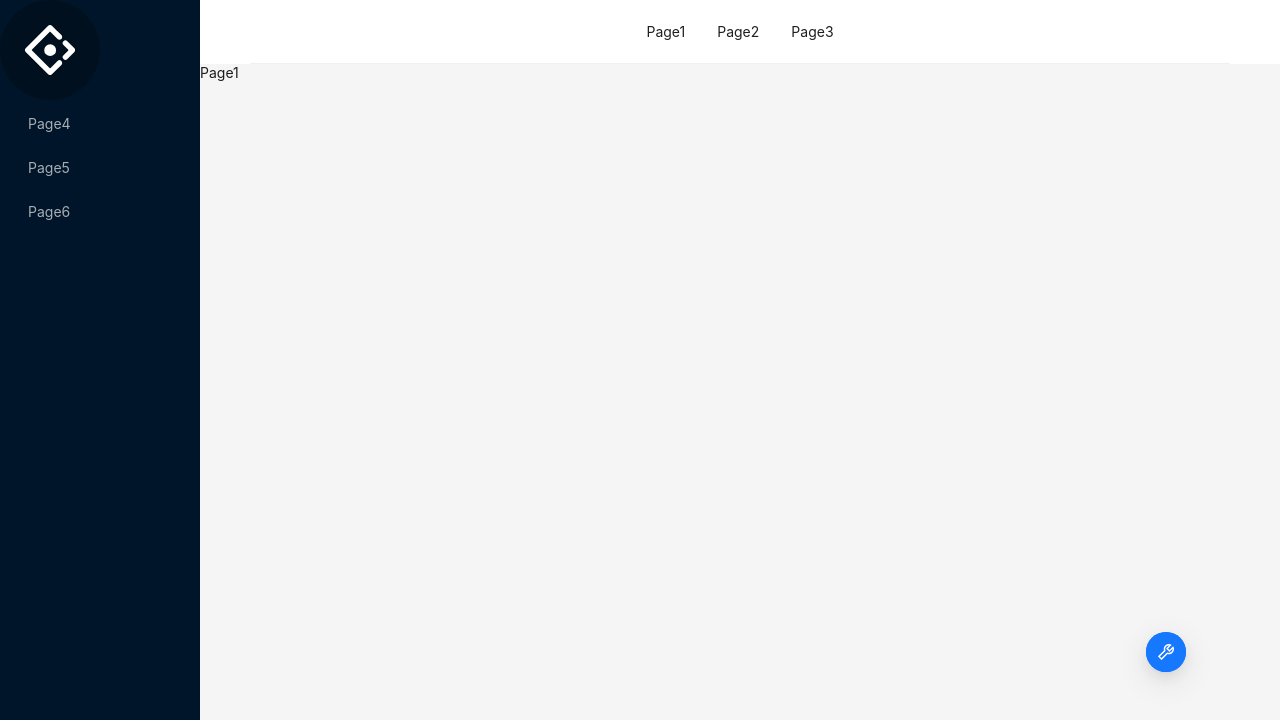
Repository: BESTETURKMEN/e-commerce
Page: /#/
An editor plug-in stored every save of this project. The page is shown before and after the next save, followed by the edit.
The browser window is 1280 px wide. The pictures show the whole page.
The project was rebuilt for these pictures with package versions that can differ from the ones it lists, and the page was loaded fresh each time. Also part of the build but not shown: webpack.config.js, src/pages/page2.jsx, src/pages/page3.jsx, src/pages/page6.jsx. Imported but missing from the stored project, and not drawn on this page: src/pages/page4, src/pages/page5.

Above is the page before, as saved 2023-08-21 11:22:16.

### public/index.html
<!DOCTYPE html>
<html lang="en">
  <head>
    <meta charset="utf-8" />

    <meta name="viewport" content="width=device-width, initial-scale=1" />
    <meta name="theme-color" content="#000000" />
    <meta
      name="description"
      content="Web site created using create-react-app"
    />
    <link rel="apple-touch-icn" href="" />

    <title>React App</title>
  </head>
  <body>
    <noscript>You need to enable JavaScript to run this app.</noscript>
    <div id="root"></div>
  </body>
</html>

### src/index.js
import React from "react";
import ReactDOM from "react-dom/client";

import { HashRouter } from "react-router-dom";

import reportWebVitals from "./reportWebVitals";
import RouteWrapper from "./config/routeWrapper";

const root = ReactDOM.createRoot(document.getElementById("root"));
root.render(
  <React.StrictMode>
    <HashRouter>
      <RouteWrapper />
    </HashRouter>
  </React.StrictMode>
);
reportWebVitals();

### src/config/routeWrapper.jsx
import React from "react";
import { Route, Routes } from "react-router";

import Index from "../layout";
import Page1 from "../pages/page1";
import Page2 from "../pages/page2";
import Page3 from "../pages/page3";
import Page4 from "../pages/page4";
import Page5 from "../pages/page5";
import Page6 from "../pages/page6";

export default function RouteWrapper() {
  return (
    <div>
      <Routes>
        <Route element={<Index />}>
          <Route path="/" element={<Page1 />} />
          <Route path="/Page2" element={<Page2 />} />
          <Route path="/Page3" element={<Page3 />} />
          <Route path="/Page4" element={<Page4 />} />
          <Route path="/Page5" element={<Page5 />} />
          <Route path="/Page6" element={<Page6 />} />
        </Route>
      </Routes>
    </div>
  );
}

### src/layout/index.jsx
import React from "react";
import { Outlet } from "react-router";
import { Layout } from "antd";
import { FloatButton } from "antd";
import { CommentOutlined, ToolOutlined } from "@ant-design/icons";

import Header from "./header";

import "./layout.scss";
import Sider from "./sider";

export default function Index() {
  return (
    <div className="layout">
      <Layout>
        <Layout.Sider>
          <Sider />
        </Layout.Sider>
        <Layout>
          <Layout.Header>
            <Header />
          </Layout.Header>
          <Layout.Content className="content">
            <Outlet />
          </Layout.Content>
          <div className="floatButton">
            <FloatButton.Group
              trigger="hover"
              type="primary"
              style={{
                right: 94,
              }}
              icon={<ToolOutlined />}
            >
              <FloatButton />
              <FloatButton icon={<CommentOutlined />} />
            </FloatButton.Group>
          </div>
        </Layout>
      </Layout>
    </div>
  );
}

### src/pages/page1.jsx
import React from "react";

export default function Page1() {
  return <div>Page1</div>;
}

### src/layout/header.jsx
import { Menu } from "antd";
import React from "react";
import { Link } from "react-router-dom";
import "./layout.scss";

export default function Header() {
  const menu = [
    {
      key: "1",
      label: "Page1",
      path: "/",
    },
    {
      key: "2",
      label: "Page2",
      path: "/Page2",
    },
    {
      key: "3",
      label: "Page3",
      path: "/Page3",
    },
  ];
  return (
    <div className="header">
      <div className="menuLine">
        <Menu mode="horizontal">
          {menu.map((item) => (
            <Menu.Item key={item.key}>
              <Link to={item.path}>{item.label}</Link>
            </Menu.Item>
          ))}
        </Menu>
      </div>
    </div>
  );
}

### src/layout/layout.scss
* {
  margin: 0;
  padding: 0;
  box-sizing: border-box;
}

.layout {
  .ant-layout {
    height: 100vh;
    .ant-layout-header {
      background-color: rgb(255, 255, 255) !important;
      .header {
        .menuLine {
          .ant-menu {
            display: flex;
            align-items: center;
            justify-content: center;
          }
        }
      }
    }
  }
}

### src/layout/sider.jsx
import { Avatar, Menu } from "antd";
import React from "react";
import { Link } from "react-router-dom";
import "./layout.scss";
import { AntDesignOutlined } from "@ant-design/icons";

export default function Sider() {
  const menu = [
    {
      key: "1",
      label: "Page4",
      path: "/Page4",
    },
    {
      key: "2",
      label: "Page5",
      path: "/Page5",
    },
    {
      key: "3",
      label: "Page6",
      path: "/Page6",
    },
  ];
  return (
    <div className="sider">
      <div className="avatar">
        <Avatar size={100} icon={<AntDesignOutlined />} />
      </div>
      <div className="siderMenu">
        <Menu theme="dark" mode="inline">
          {menu.map((item) => (
            <Menu.Item key={item.key}>
              <Link to={item.path}>{item.label}</Link>
            </Menu.Item>
          ))}
        </Menu>
      </div>
    </div>
  );
}

Loaded but not shown: src/reportWebVitals.js (common file)

After the next save:
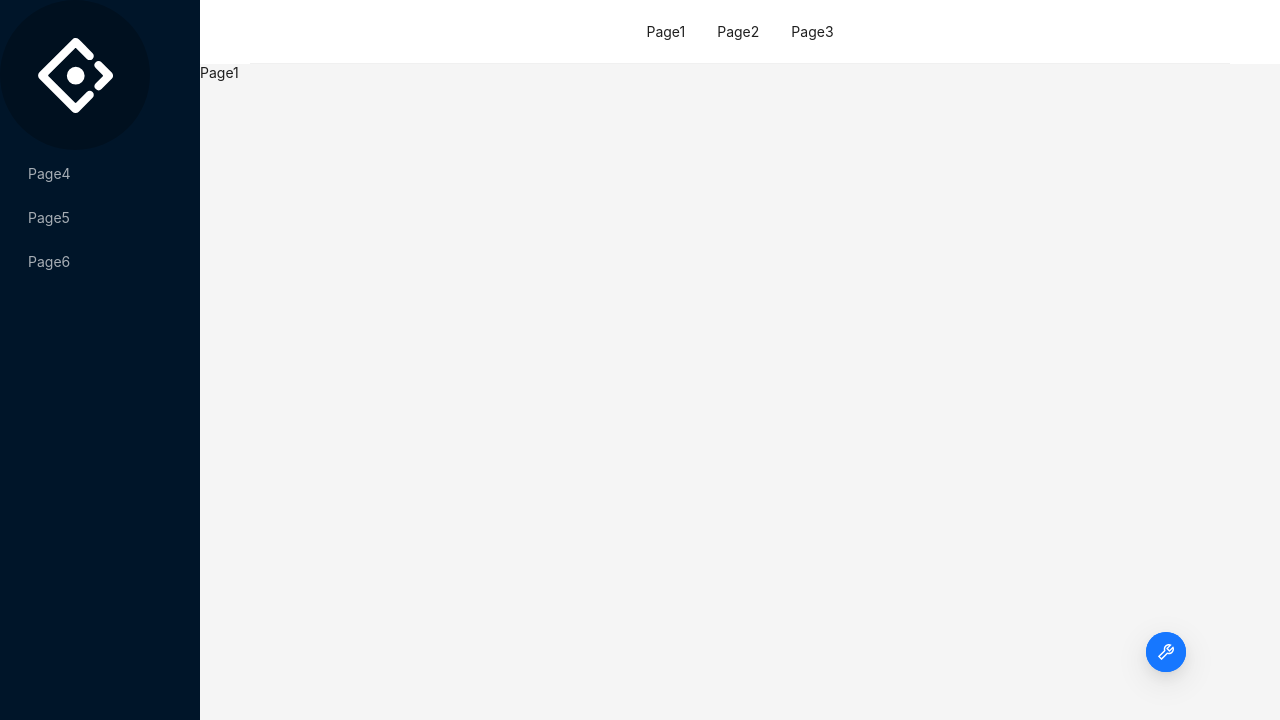
Saved 6 s later.
--- a/src/layout/sider.jsx
+++ b/src/layout/sider.jsx
@@ -25,7 +25,7 @@ export default function Sider() {
   return (
     <div className="sider">
       <div className="avatar">
-        <Avatar size={100} icon={<AntDesignOutlined />} />
+        <Avatar size={150} icon={<AntDesignOutlined />} />
       </div>
       <div className="siderMenu">
         <Menu theme="dark" mode="inline">
